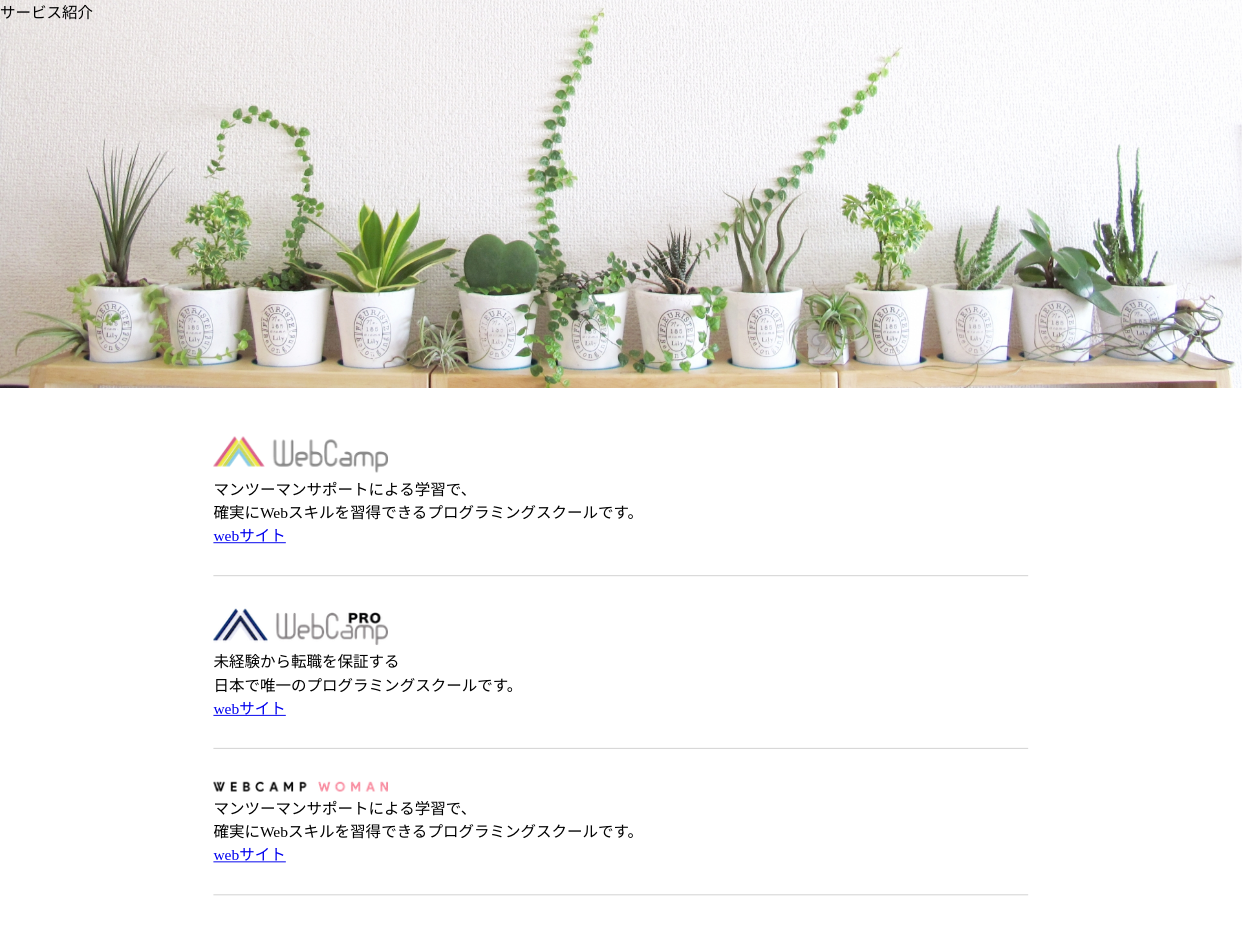
Repository: nosuyuki1002/git-practice2
Page: chapter7/7.html
The author's editor kept a record of every edit. The page is drawn from the files as they stood at one moment, then again after the next edit.
The browser window is 1280 px wide. The pictures show the whole page, at 97% of full size.

Above is the page before.

### chapter7/7.html
<!DOCTYPE html>
<html lang="ja">

  <head>

    <meta charset="UTF-8" />
    <link rel="stylesheet" href="style.css">
    <title>サービス紹介</title>

  </head>

  <body>

    <div class="main-visual">
      <p class="main-visual-text">
        サービス紹介
      </p>
    </div>

    <main>
      <div class="chapter">
        <img class="chapter-image" src="img2/wc-logo.png">
        <p class="chapter-text">
          マンツーマンサポートによる学習で、<br>
          確実にWebスキルを習得できるプログラミングスクールです。
        </p>
        <a href="index.html">
          webサイト
        </a>
      </div>

      <div class="chapter">
        <img class="chapter-image" src="img2/wcp-logo.png">
        <p class="chapter-text">
          未経験から転職を保証する<br>
          日本で唯一のプログラミングスクールです。
        </p>
        <a href="index.html">
          webサイト
        </a>
      </div>

      <div class="chapter">
        <img class="chapter-image" src="img2/wcw-logo.png">
        <p class="chapter-text">
          マンツーマンサポートによる学習で、<br>
          確実にWebスキルを習得できるプログラミングスクールです。
        </p>
        <a href="index.html">
          webサイト
        </a>
      </div>
    </main>


  </body>
</html>

### chapter7/style.css
* {
  margin: 0;
  padding: 0;
  box-sizing: border-box;
}

.main-visual {
  height: 400px;
  width: 100%;
  background-image: url(img2/mv.jpg);
  background-size: cover;
  background-position: bottom;
}

main {
  width: 840px;
  margin: 50px auto;
}

.chapter {
  padding-bottom: 30px;
  margin-bottom: 30px;
  border-bottom: 1px solid #d1d1d1;
}

.chapter1 {
  padding-bottom: 30px;
  border-bottom: 1px solid #d1d1d1;
}

After the next edit:
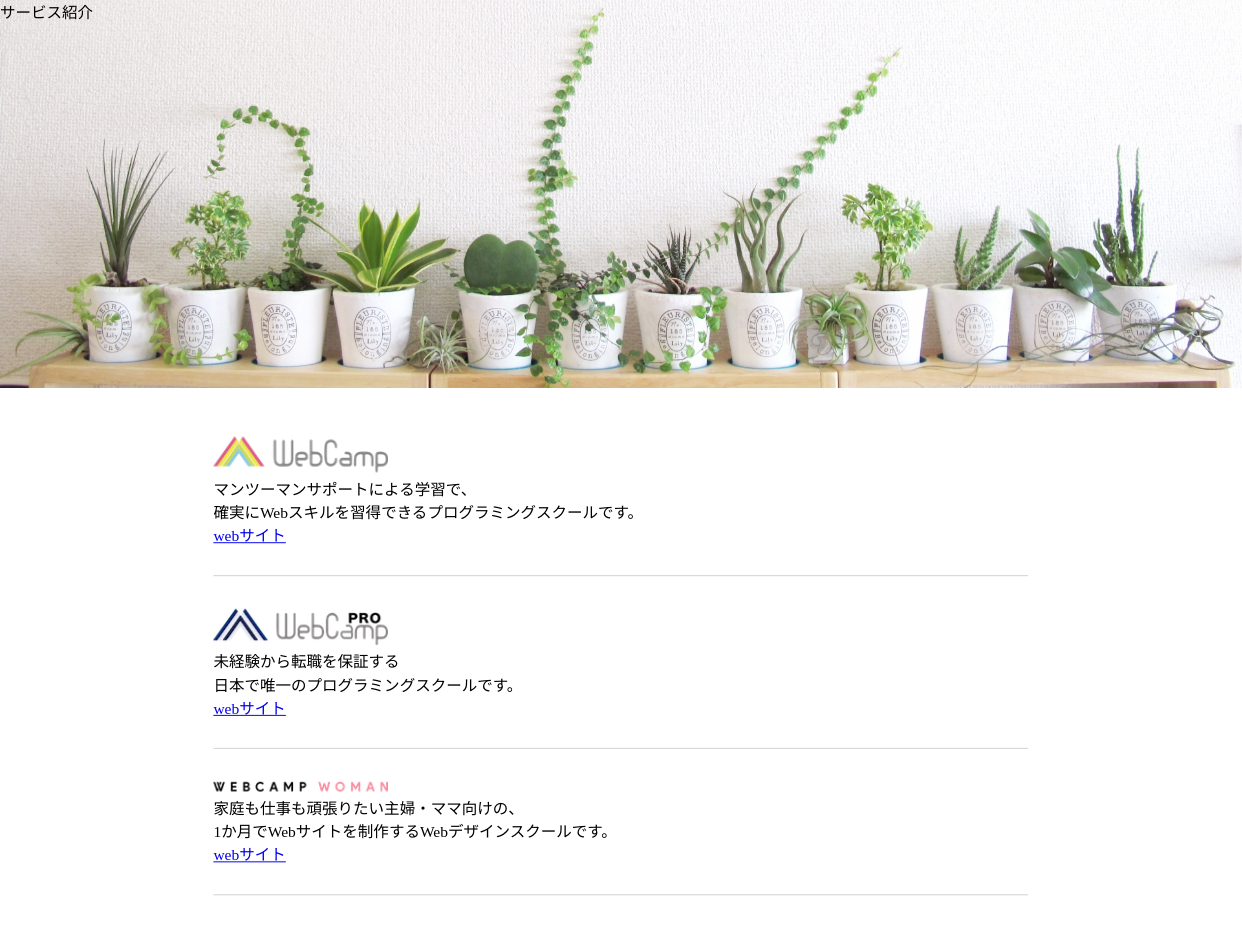
The edit:
--- a/chapter7/7.html
+++ b/chapter7/7.html
@@ -43,8 +43,8 @@
       <div class="chapter">
         <img class="chapter-image" src="img2/wcw-logo.png">
         <p class="chapter-text">
-          マンツーマンサポートによる学習で、<br>
-          確実にWebスキルを習得できるプログラミングスクールです。
+          家庭も仕事も頑張りたい主婦・ママ向けの、<br>
+          1か月でWebサイトを制作するWebデザインスクールです。
         </p>
         <a href="index.html">
           webサイト
